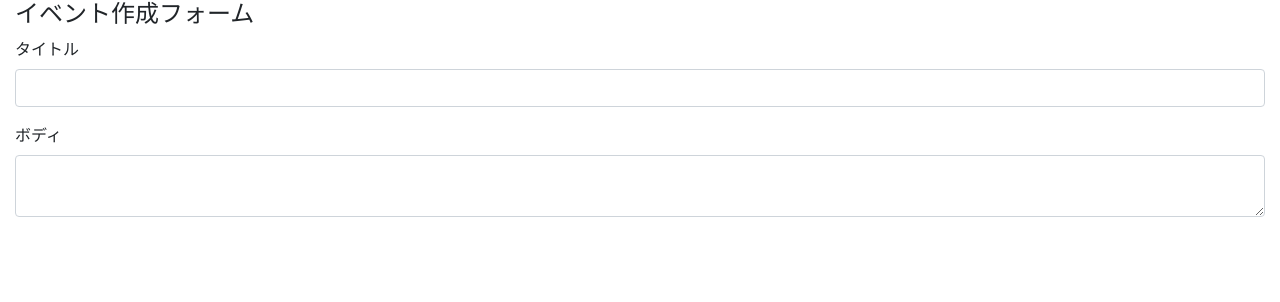
Repository: sie-fufu/react-hooks-101
Page: /
These files come from the project's save history. The page is drawn as it stood at one moment and after the next save; the edit follows.
The browser window is 1280 px wide. The pictures show the whole page.
The project was rebuilt for these pictures with package versions that can differ from the ones it lists, and the page was loaded fresh each time.

Above is the page before, as saved 2022-01-09 16:44:32.

After the next save:
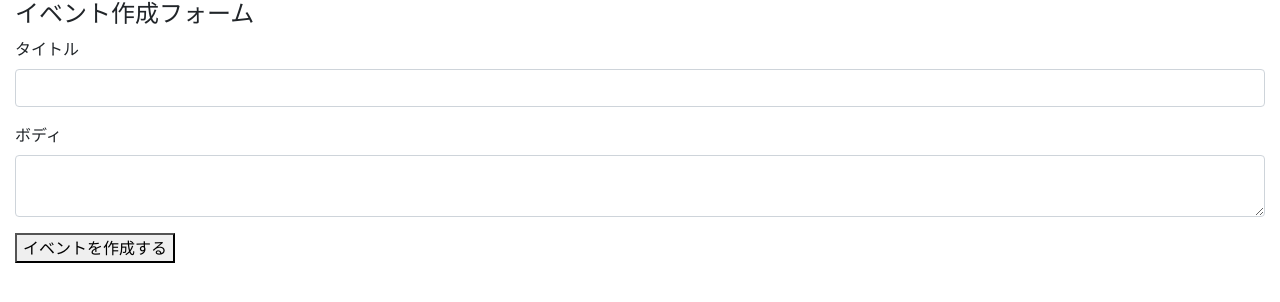
Saved 113 s later.
--- a/src/components/App.js
+++ b/src/components/App.js
@@ -16,6 +16,8 @@ const App = () => {
           <label htmlFor="formEventBody">ボディ</label>
           <textarea className="form-control" id="formEventBody" />
         </div>
+
+        <button>イベントを作成する</button>
       </form>
     </div>
   );
